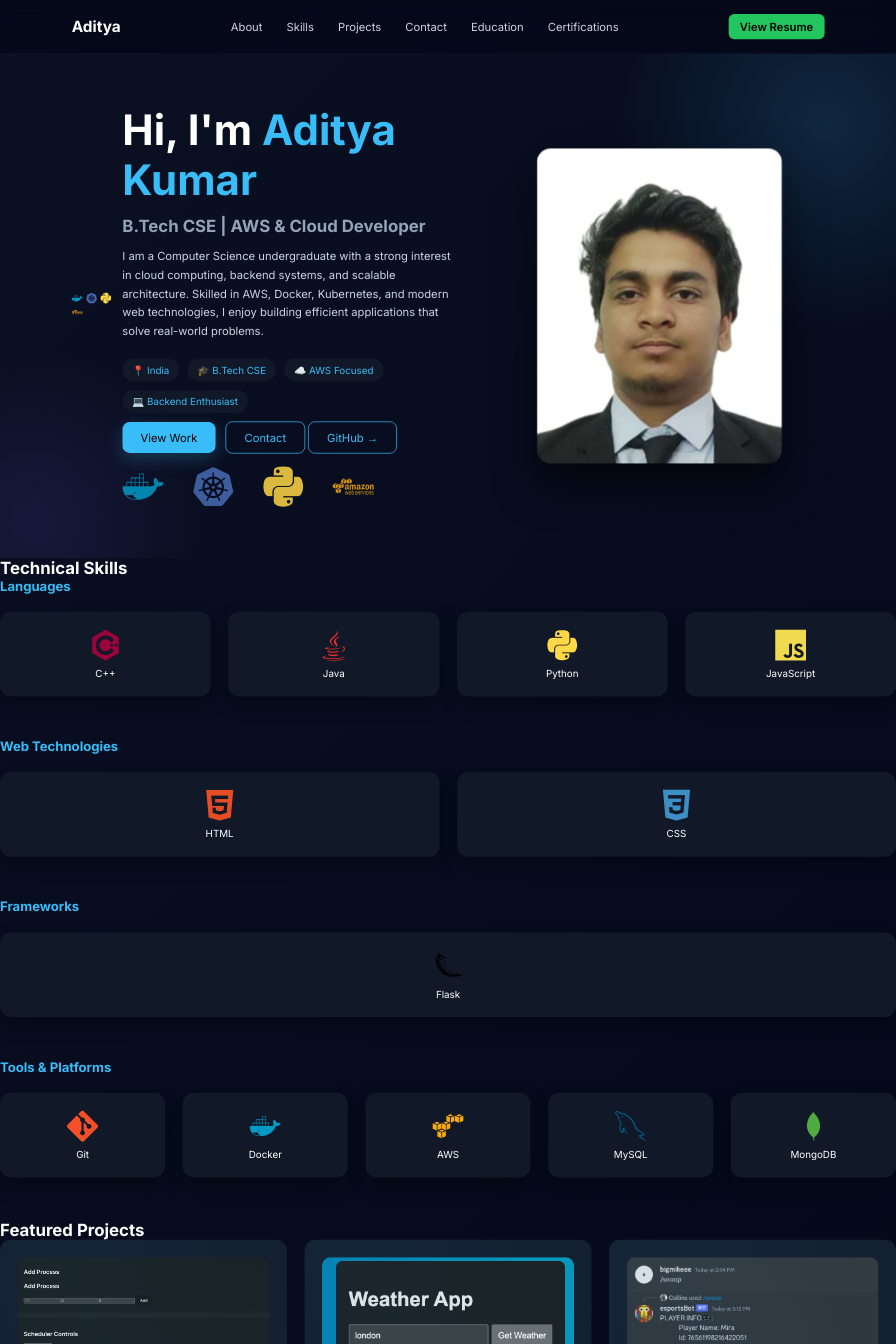
Repository: Aditya2419/My-Portfolio
Page: index.html
An editor plug-in stored every save of this project. The page is shown before and after the next save, followed by the edit.
The browser window is 1280 px wide. The pictures show the part of the page from y = 0 to 1920 px (the page is 4158 px tall), at 70% of full size.

Above is the page before, as saved 2026-02-19 00:14:29.
Console error: TypeError: Cannot set properties of null (setting 'textContent')

### index.html
<!DOCTYPE html>
<html lang="en">
<head>
<meta charset="UTF-8">
<meta name="viewport" content="width=device-width, initial-scale=1.0">
<link rel="stylesheet" href="https://cdn.jsdelivr.net/gh/devicons/devicon@latest/devicon.min.css">



<title>Aditya Kumar | Cloud & Software Developer</title>

<link rel="stylesheet" href="style.css">
<script src="script.js"></script>

<!-- Google Font -->
<link href="https://fonts.googleapis.com/css2?family=Inter:wght@300;400;600;700&display=swap" rel="stylesheet">

</head>
<body>

<header>
    <div class="logo">Aditya</div>

    <nav>
        <a href="#about">About</a>
        <a href="#skills">Skills</a>
        <a href="#projects">Projects</a>
        <a href="#contact">Contact</a>
        <a href="#education">Education</a>
        <a href="#certifications">Certifications</a>
    </nav>

    <a class="resume-btn" href="resume.pdf" target="_blank">View Resume</a>
</header>


<!-- HERO + ABOUT MERGED -->
<section class="hero">

    <!-- Floating Background Icons -->
    <div class="floating-icons">
        <i class="devicon-docker-plain colored"></i>
        <i class="devicon-kubernetes-plain colored"></i>
        <i class="devicon-python-plain colored"></i>
        <i class="devicon-amazonwebservices-plain-wordmark colored"></i>
    </div>

    <div class="hero-content">

        <!-- LEFT SIDE -->
        <div class="hero-text">

            <h1>Hi, I'm <span>Aditya Kumar</span></h1>

            <h2>B.Tech CSE | AWS & Cloud Developer</h2>

            <p>
                I am a Computer Science undergraduate with a strong interest in
                cloud computing, backend systems, and scalable architecture.
                Skilled in AWS, Docker, Kubernetes, and modern web technologies,
                I enjoy building efficient applications that solve real-world problems.
            </p>

            <div class="about-highlights">
                <span>📍 India</span>
                <span>🎓 B.Tech CSE</span>
                <span>☁️ AWS Focused</span>
                <span>💻 Backend Enthusiast</span>
            </div>

            <div class="hero-buttons">
                <a href="#projects" class="primary">View Work</a>
                <a href="#contact" class="secondary">Contact</a>
                <a href="https://github.com/yourgithub" class="secondary">GitHub →</a>
            </div>

            <div class="hero-tech-icons">
                <i class="devicon-docker-plain colored"></i>
                <i class="devicon-kubernetes-plain colored"></i>
                <i class="devicon-python-plain colored"></i>
                <i class="devicon-amazonwebservices-plain-wordmark colored"></i>
            </div>

        </div>

        <!-- RIGHT SIDE -->
        <div class="hero-image">
            <img src="images/profile.png" alt="Aditya Kumar">
        </div>

    </div>

</section>

<!-- TECHINCAL SKILLS -->
<section id="skills">

    <h2>Technical Skills</h2>

    <div class="skills-category">

        <h3>Languages</h3>
        <div class="skills-grid">
            <div class="skill-card">
                <i class="devicon-cplusplus-plain colored"></i>
                <p>C++</p>
            </div>

            <div class="skill-card">
                <i class="devicon-java-plain colored"></i>
                <p>Java</p>
            </div>

            <div class="skill-card">
                <i class="devicon-python-plain colored"></i>
                <p>Python</p>
            </div>

            <div class="skill-card">
                <i class="devicon-javascript-plain colored"></i>
                <p>JavaScript</p>
            </div>
        </div>

    </div>


    <div class="skills-category">

        <h3>Web Technologies</h3>
        <div class="skills-grid">
            <div class="skill-card">
                <i class="devicon-html5-plain colored"></i>
                <p>HTML</p>
            </div>

            <div class="skill-card">
                <i class="devicon-css3-plain colored"></i>
                <p>CSS</p>
            </div>
        </div>

    </div>


    <div class="skills-category">

        <h3>Frameworks</h3>
        <div class="skills-grid">
            <div class="skill-card">
                <i class="devicon-flask-original colored"></i>
                <p>Flask</p>
            </div>
        </div>

    </div>


    <div class="skills-category">

        <h3>Tools & Platforms</h3>
        <div class="skills-grid">
            <div class="skill-card">
                <i class="devicon-git-plain colored"></i>
                <p>Git</p>
            </div>

            <div class="skill-card">
                <i class="devicon-docker-plain colored"></i>
                <p>Docker</p>
            </div>

            <div class="skill-card">
                <i class="devicon-amazonwebservices-original colored"></i>
                <p>AWS</p>
            </div>

            <div class="skill-card">
                <i class="devicon-mysql-plain colored"></i>
                <p>MySQL</p>
            </div>

            <div class="skill-card">
                <i class="devicon-mongodb-plain colored"></i>
                <p>MongoDB</p>
            </div>
        </div>

    </div>

    </section>

<!-- PROJECTS -->
<section id="projects">

<h2>Featured Projects</h2>

<div class="projects">


<div class="card">
    <img src="images/scheduler.png" class="project-img">
<h3>CPU Scheduler Simulator</h3>

<p>
Interactive visualization tool comparing FCFS, SJF, SRTF,
and Round Robin with dynamic Gantt charts.
</p>

<a href="https://cpu-scheduling-simulator-4wlb1ttw0.vercel.app" target="_blank">
Live Demo →
</a>

</div>



<div class="card">
    <img src="images/weather.png" class="project-img">
<h3>Weather Forecasting App</h3>

<p>
Real-time weather application using APIs to display
temperature, humidity, wind speed, and conditions.
</p>

<a href="https://aditya2419.github.io/weather-frontend/" target="_blank">
Live Demo →
</a>

</div>



<div class="card">
    <img src="images/bot.png" class="project-img">
<h3>Esports Discord Bot</h3>

<p>
Automated tournament notifications, dashboards,
and match updates using Discord API and MongoDB.
</p>

</div>

</div>

</section>
<!-- EDUCATION -->
<section id="education">

    <p class="section-subtitle">MY JOURNEY</p>
    <h2>Education & <span>Certificates</span></h2>

    <div class="timeline">

        <div class="timeline-item">
            <div class="timeline-dot"></div>

            <div class="timeline-content">
                <div class="timeline-header">
                    <h3>Lovely Professional University</h3>
                    <span class="badge">Current</span>
                </div>

                <p>Bachelor of Technology – Computer Science and Engineering</p>
                <small>CGPA: 5.84 | Aug 2023 – Present</small>
            </div>
        </div>


        <div class="timeline-item">
            <div class="timeline-dot"></div>

            <div class="timeline-content">
                <h3>Kendriya Vidyalaya Sitamarhi</h3>
                <p>Intermediate (12th)</p>
                <small>78.6% | Apr 2022 – Mar 2023</small>
            </div>
        </div>


        <div class="timeline-item">
            <div class="timeline-dot"></div>

            <div class="timeline-content">
                <h3>DAV Public School Runnisaidpur</h3>
                <p>Matriculation (10th)</p>
                <small>79.3% | Apr 2021 – Mar 2022</small>
            </div>
        </div>

    </div>

    </section>


<!-- CERTIFICATIONS -->
<<section id="certifications">

    <p class="section-subtitle">PROFESSIONAL GROWTH</p>
    <h2>Licenses & <span>Certifications</span></h2>

    <div class="cert-grid">

        <div class="cert-item">
            <img src="images/cert4.png" onclick="openModal(this.src)">
            <div class="cert-overlay">Build Generative AI Apps and Solutions</div>
        </div>

        <div class="cert-item">
            <img src="images/cert2.png" onclick="openModal(this.src)">
            <div class="cert-overlay">Java Bootcamp</div>
        </div>

        <div class="cert-item">
            <img src="images/cert3.png" onclick="openModal(this.src)">
            <div class="cert-overlay">Privacy & Security (NPTEL)</div>
        </div>

        <div class="cert-item">
            <img src="images/cert1.png" onclick="openModal(this.src)">
            <div class="cert-overlay">Introduction to Python</div>
        </div>

    </div>

</section>


    <!--- CONTACT -->
    <section id="contact">

        <h2>Let's Connect</h2>

        <form action="https://formsubmit.co/aditya312004pandey@gmail.com" method="POST">

        <input type="text" name="name" placeholder="Your Name" required>

        <input type="email" name="email" placeholder="Your Email" required>

        <textarea name="message" placeholder="Your Message" required></textarea>

        <button type="submit">Send Message</button>

        </form>

        </section>


<footer>
© 2026 Aditya Kumar — Built for impact.
</footer>


<script src="script.js"></script>

</body>
</html>

### style.css
/* GLOBAL RESET */

*{
    margin:0;
    padding:0;
    box-sizing:border-box;
    font-family:'Inter',sans-serif;
    }

    html{
    scroll-behavior:smooth;
    }

    /* ANIMATED BACKGROUND */

    body{
    background: linear-gradient(-45deg, #0b0f19, #020617, #0f172a, #020617);
    background-size: 400% 400%;
    animation: gradientMove 12s ease infinite;
    color:white;
    }

    @keyframes gradientMove{
    0%{background-position:0% 50%;}
    50%{background-position:100% 50%;}
    100%{background-position:0% 50%;}
    }


    /* 🔥 GLASS NAVBAR */

    header{
    display:flex;
    justify-content:space-between;
    align-items:center;
    padding:20px 8%;
    position:sticky;
    top:0;
    background:rgba(2,6,23,.6);
    backdrop-filter: blur(12px);
    border-bottom:1px solid rgba(255,255,255,.05);
    z-index:999;
    }

    .logo{
    font-weight:700;
    font-size:22px;
    }

    nav a{
    margin:0 15px;
    text-decoration:none;
    color:#cbd5e1;
    transition:.3s;
    }

    nav a:hover{
    color:#38bdf8;
    }

    .resume-btn{
    background:#22c55e;
    padding:8px 16px;
    border-radius:8px;
    text-decoration:none;
    color:black;
    font-weight:600;
    transition:.3s;
    }

    .resume-btn:hover{
    transform:scale(1.05);
    }


/* HERO */

.hero{
    min-height:100vh;
    display:flex;
    align-items:center;
    padding:0 8%;
    position:relative;
    overflow:hidden;
}

/* Glow Background Effects */

.hero::before{
    content:"";
    position:absolute;
    width:600px;
    height:600px;
    background:radial-gradient(circle, rgba(56,189,248,0.15), transparent 70%);
    top:-200px;
    right:-200px;
    z-index:0;
}

.hero::after{
    content:"";
    position:absolute;
    width:500px;
    height:500px;
    background:radial-gradient(circle, rgba(139,92,246,0.12), transparent 70%);
    bottom:-200px;
    left:-200px;
    z-index:0;
}

.hero *{
    position:relative;
    z-index:1;
}

/* Layout Structure */

.hero-content{
    display:flex;
    align-items:center;
    justify-content:space-between;
    gap:60px;
    width:100%;
    flex-wrap:wrap;
}

/* LEFT SIDE */

.hero-text{
    flex:1;
    min-width:320px;
}

.hero-text h1{
    font-size:60px;
    font-weight:700;
    margin-bottom:15px;
    animation:fadeUp 0.8s ease-out forwards;
    opacity:0;
    transform:translateY(40px);
}

.hero-text span{
    color:#38bdf8;
}

.hero-text h2{
    margin-bottom:15px;
    color:#94a3b8;
}

.hero-text p{
    color:#cbd5e1;
    line-height:1.7;
    margin-bottom:25px;
    max-width:600px;
}

/* RIGHT SIDE IMAGE */

.hero-image{
    flex:1;
    display:flex;
    justify-content:center;
}

.hero-image img{
    width:350px;
    border-radius:20px;
    box-shadow:0 30px 60px rgba(0,0,0,.6);
    transition:.4s ease;
}

.hero-image img:hover{
    transform:scale(1.05);
}

/* Buttons */

.hero-buttons{
    margin-bottom:30px;
}

.primary{
    background:#38bdf8;
    padding:12px 26px;
    border-radius:10px;
    text-decoration:none;
    color:black;
    margin-right:10px;
    transition:.3s ease;
    box-shadow:0 8px 25px rgba(56,189,248,.25);
}

.primary:hover{
    transform:translateY(-3px);
}

.secondary{
    border:1px solid #38bdf8;
    padding:12px 26px;
    border-radius:10px;
    text-decoration:none;
    color:#38bdf8;
    transition:.3s ease;
}

.secondary:hover{
    background:#38bdf8;
    color:black;
}

/* Tech Icons */

.hero-tech-icons{
    display:flex;
    gap:40px;
}

.hero-tech-icons i{
    font-size:60px;
    transition:.4s ease;
    opacity:.85;
}

.hero-tech-icons i:hover{
    transform:translateY(-10px) scale(1.15);
    opacity:1;
}

/* Highlights */

.about-highlights{
    display:flex;
    flex-wrap:wrap;
    gap:12px;
    margin-bottom:25px;
}

.about-highlights span{
    background:#111827;
    padding:8px 14px;
    border-radius:20px;
    font-size:14px;
}

/* Animation */

@keyframes fadeUp{
    100%{
        opacity:1;
        transform:translateY(0);
    }
}

 /* SKILLS SECTION */

.skills-category{
    margin-bottom:60px;
    }

    .skills-category h3{
    margin-bottom:25px;
    color:#38bdf8;
    }

    .skills-grid{
    display:grid;
    grid-template-columns:repeat(auto-fit,minmax(120px,1fr));
    gap:25px;
    }

    .skill-card{
    background:#111827;
    padding:25px 10px;
    border-radius:16px;
    text-align:center;
    transition:.3s ease;
    box-shadow:0 10px 25px rgba(0,0,0,.35);
    }

    .skill-card i{
    font-size:45px;
    margin-bottom:10px;
    }

    .skill-card p{
    font-size:14px;
    margin-top:8px;
    }

    .skill-card:hover{
    transform:translateY(-6px);
    box-shadow:0 15px 40px rgba(0,0,0,.5);
    }

    /* PROJECTS */

    .projects{
    display:grid;
    grid-template-columns:repeat(auto-fit,minmax(280px,1fr));
    gap:25px;
    }

    .card{
    background:#111827;
    padding:25px;
    border-radius:16px;
    transition:.3s;
    }

    .card:hover{
    transform:translateY(-8px);
    box-shadow:0 10px 30px rgba(0,0,0,.4);
    }

    .project-img{
    width:100%;
    border-radius:12px;
    margin-bottom:15px;
    }

    .card a{
    display:inline-block;
    margin-top:10px;
    color:#38bdf8;
    text-decoration:none;
    }

    .card h3 a{
    color:white;
    }

    .card h3 a:hover{
    color:#38bdf8;
    }
    .card{
        position:relative;
        overflow:hidden;
        }

        .card::before{
        content:"";
        position:absolute;
        width:200%;
        height:200%;
        background:linear-gradient(45deg,transparent,#38bdf8,transparent);
        top:-50%;
        left:-50%;
        opacity:.08;
        transform:rotate(25deg);
    }
    /* SECTION TITLE */

    .section-subtitle{
    letter-spacing:6px;
    color:#38bdf8;
    font-size:14px;
    margin-bottom:10px;
    }
    h2 span{
    background:linear-gradient(90deg,#38bdf8,#8b5cf6);
    -webkit-background-clip:text;
    color:transparent;
    }

    /* TIMELINE */

    .timeline{
    position:relative;
    margin-top:60px;
    padding-left:40px;
    }

    .timeline::before{
    content:"";
    position:absolute;
    left:15px;
    top:0;
    width:2px;
    height:100%;
    background:rgba(255,255,255,.1);
    }

    /* ITEM */

    .timeline-item{
    position:relative;
    margin-bottom:60px;
    }

    .timeline-dot{
    position:absolute;
    left:-27px;
    top:10px;
    width:14px;
    height:14px;
    background:#38bdf8;
    border-radius:50%;
    box-shadow:0 0 15px #38bdf8;
    }

    /* CARD */

    .timeline-content{
    background:rgba(17,24,39,.8);
    padding:30px;
    border-radius:16px;
    backdrop-filter: blur(10px);
    border:1px solid rgba(255,255,255,.05);
    transition:.3s;
    }

    .timeline-content:hover{
    transform:translateY(-5px);
    }

    /* HEADER */

    .timeline-header{
    display:flex;
    justify-content:space-between;
    align-items:center;
    }

    .badge{
    background:linear-gradient(90deg,#38bdf8,#8b5cf6);
    padding:6px 14px;
    border-radius:20px;
    font-size:12px;
    color:white;
    }

    /* TEXT */

    .timeline-content h3{
    margin-bottom:8px;
    }

    .timeline-content p{
    margin-bottom:6px;
    color:#cbd5e1;
    }

    .timeline-content small{
    color:#94a3b8;
    }

    /* CERTIFICATE GRID */
    .cert-grid{
    display: grid;
    grid-template-columns: repeat(2, 1fr);   /* 2 per row */
    gap: 30px;
    margin-top: 50px;
    }

    /* Each certificate card */

    .cert-item{
    width: 100%;          /* important */
    background: #111827;
    padding: 15px;
    border-radius: 18px;
    transition: .3s ease;
    box-shadow: 0 10px 25px rgba(0,0,0,.35);
    }

    /* Image styling */

    .cert-item img{
    width: 100%;
    height: 220px;
    object-fit: contain;     /* show full certificate */
    background: #0f172a;
    border-radius: 12px;
    display: block;
    }

    /* Hover */

    .cert-item:hover{
    transform: translateY(-6px);
    box-shadow: 0 15px 35px rgba(0,0,0,.5);
    }

    /* Mobile responsiven*/
    @media (max-width: 768px){
        .cert-grid{
            grid-template-columns: 1fr;  /* 1 per row on mobile */
        }
    }
    /* Overlay */

    .cert-overlay{
    position:absolute;
    bottom:0;
    left:0;
    width:100%;
    background:linear-gradient(to top, rgba(0,0,0,0.8), transparent);
    color:white;
    padding:20px;
    font-weight:600;
    opacity:0;
    transition:.4s;
    }

    .cert-item:hover .cert-overlay{
    opacity:1;
    }

    /* CONTACT FORM */

    form{
    max-width:600px;
    margin:auto;
    display:flex;
    flex-direction:column;
    gap:15px;
    }

    input, textarea{
    padding:14px;
    border-radius:8px;
    border:none;
    background:#111827;
    color:white;
    }

    button{
    padding:14px;
    border:none;
    background:#38bdf8;
    color:black;
    font-weight:600;
    border-radius:8px;
    cursor:pointer;
    transition:.3s;
    }

    button:hover{
    transform:translateY(-2px);
    }


    /* FOOTER */

    footer{
    text-align:center;
    padding:40px;
    color:#94a3b8;
    }

### script.js
const roles = [
    "Cloud Developer",
    "AWS Enthusiast",
    "Software Engineer",
    "DevOps Learner"
    ];

    let index = 0;
    let charIndex = 0;
    let current = "";
    let isDeleting = false;

    function type(){

    const element = document.getElementById("typing");

    if(index >= roles.length) index = 0;

    current = roles[index];

    if(!isDeleting){
    element.textContent = current.substring(0,charIndex++);
    if(charIndex > current.length){
    isDeleting = true;
    setTimeout(type,1000);
    return;
    }
    }
    else{
    element.textContent = current.substring(0,charIndex--);
    if(charIndex === 0){
    isDeleting = false;
    index++;
    }
    }

    setTimeout(type,60);
    }

    type();
    function openModal(src){
        document.getElementById("certModal").style.display = "flex";
        document.getElementById("modalImage").src = src;
    }

    function closeModal(){
        document.getElementById("certModal").style.display = "none";
    }

After the next save:
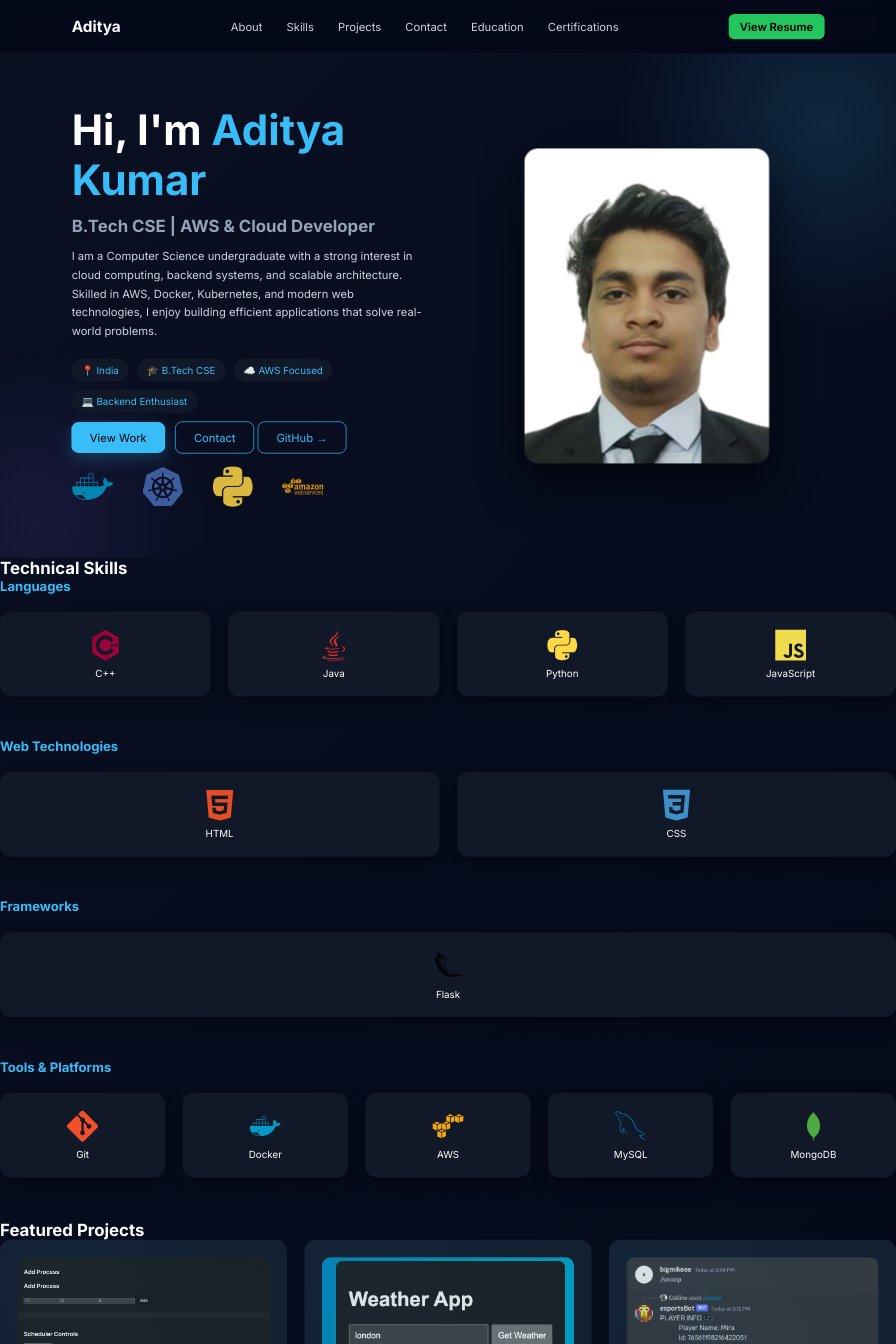
Saved 48 s later.
--- a/index.html
+++ b/index.html
@@ -37,14 +37,6 @@
 <!-- HERO + ABOUT MERGED -->
 <section class="hero">
 
-    <!-- Floating Background Icons -->
-    <div class="floating-icons">
-        <i class="devicon-docker-plain colored"></i>
-        <i class="devicon-kubernetes-plain colored"></i>
-        <i class="devicon-python-plain colored"></i>
-        <i class="devicon-amazonwebservices-plain-wordmark colored"></i>
-    </div>
-
     <div class="hero-content">
 
         <!-- LEFT SIDE -->
